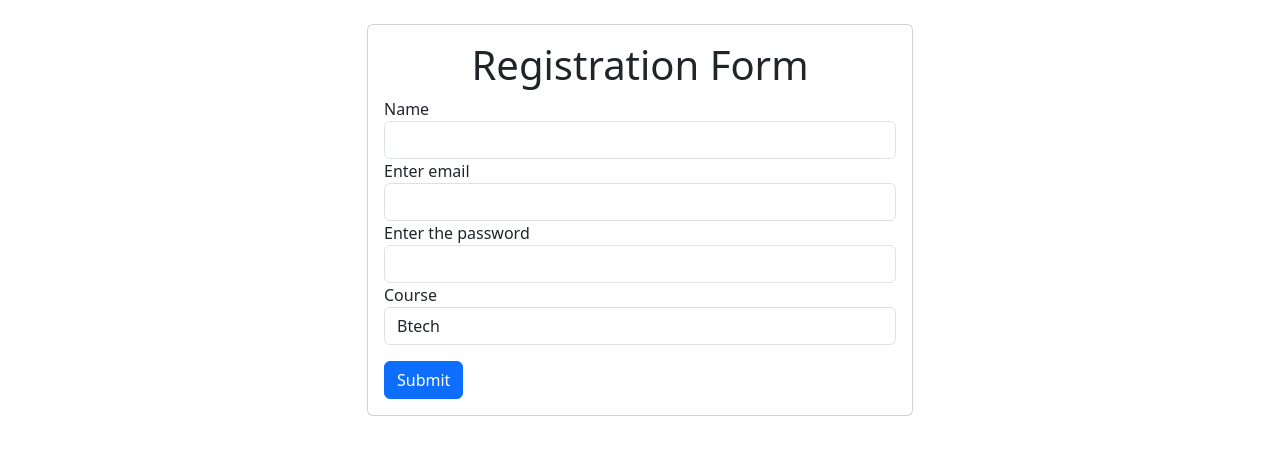
Repository: Rupam1210/servlet
Page: form_submit/webContent/index.html
The author's editor kept a copy of each file at every save. The page is drawn from the files as they stood at one save, then again after the next save.
The browser window is 1280 px wide. The pictures show the whole page.

Above is the page before, as saved 2024-03-06 06:39:33.

### form_submit/webContent/index.html
<!doctype html>
<html lang="en">
  <head>
    <meta charset="utf-8">
    <meta name="viewport" content="width=device-width, initial-scale=1">
    <title>Bootstrap demo</title>
    <link href="https://cdn.jsdelivr.net/npm/bootstrap@5.3.3/dist/css/bootstrap.min.css" rel="stylesheet" integrity="sha384-QWTKZyjpPEjISv5WaRU9OFeRpok6YctnYmDr5pNlyT2bRjXh0JMhjY6hW+ALEwIH" crossorigin="anonymous">
  </head>
  <body style="background-color:f0f1f2;">
    <div class="container">
        <div class="row">
        <div class="col-md-6 offset-md-3">
         <div class="card mt-4">
         <div class="card-body">
         <h1 class="text-center">Registration Form</h1>
         <form method="post" action="register" >
          <div class="form-body">
            <label >Name</label>
            <input type="text" name="user-name" class="form-control"/>
           </div>
           <div class="form-body">
            <label >Enter email</label>
            <input type="email" name="user-email" class="form-control"/>
           </div>
           <div class="form-body">
            <label >Enter the password</label>
            <input type="password" name="user-password" class="form-control"/>
           </div>
           <div class="form-body">
            <label >Course</label>
            <Select class="form-control">
                <option>Btech<option>
                 <option>BCA<option>
                  <option>MCA<option>
            </Select>
           </div>
           <button class="btn btn-primary mt-3">Submit</button>
         </form>
         </div>

         </div>

         </div>
         </div>
    </div>

    <script src="https://cdn.jsdelivr.net/npm/bootstrap@5.3.3/dist/js/bootstrap.bundle.min.js" integrity="sha384-YvpcrYf0tY3lHB60NNkmXc5s9fDVZLESaAA55NDzOxhy9GkcIdslK1eN7N6jIeHz" crossorigin="anonymous"></script>
  </body>
</html>

After the next save:
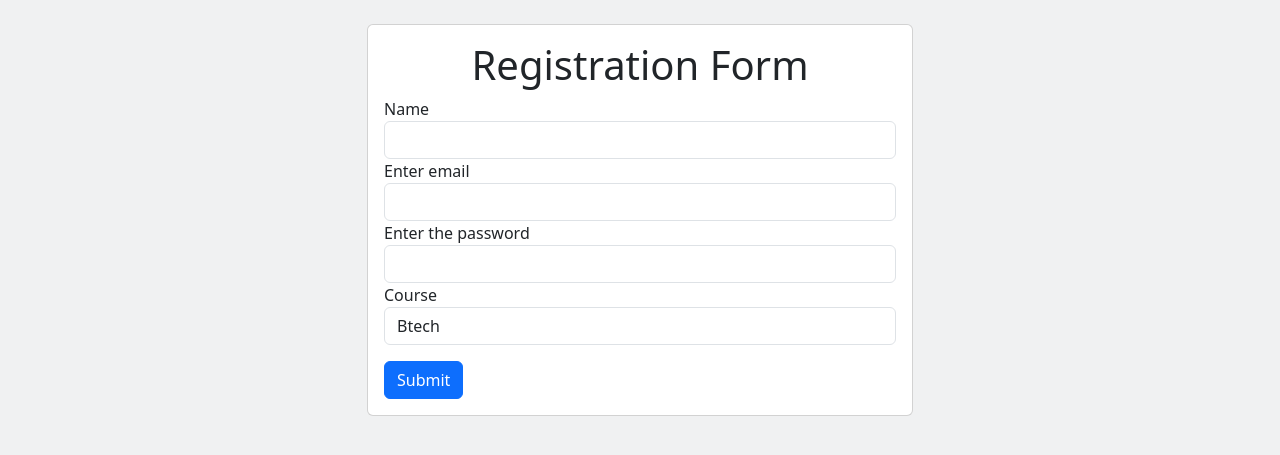
Saved 10 s later.
--- a/form_submit/webContent/index.html
+++ b/form_submit/webContent/index.html
@@ -6,7 +6,7 @@
     <title>Bootstrap demo</title>
     <link href="https://cdn.jsdelivr.net/npm/bootstrap@5.3.3/dist/css/bootstrap.min.css" rel="stylesheet" integrity="sha384-QWTKZyjpPEjISv5WaRU9OFeRpok6YctnYmDr5pNlyT2bRjXh0JMhjY6hW+ALEwIH" crossorigin="anonymous">
   </head>
-  <body style="background-color:f0f1f2;">
+  <body style="background-color:#f0f1f2;">
     <div class="container">
         <div class="row">
         <div class="col-md-6 offset-md-3">
